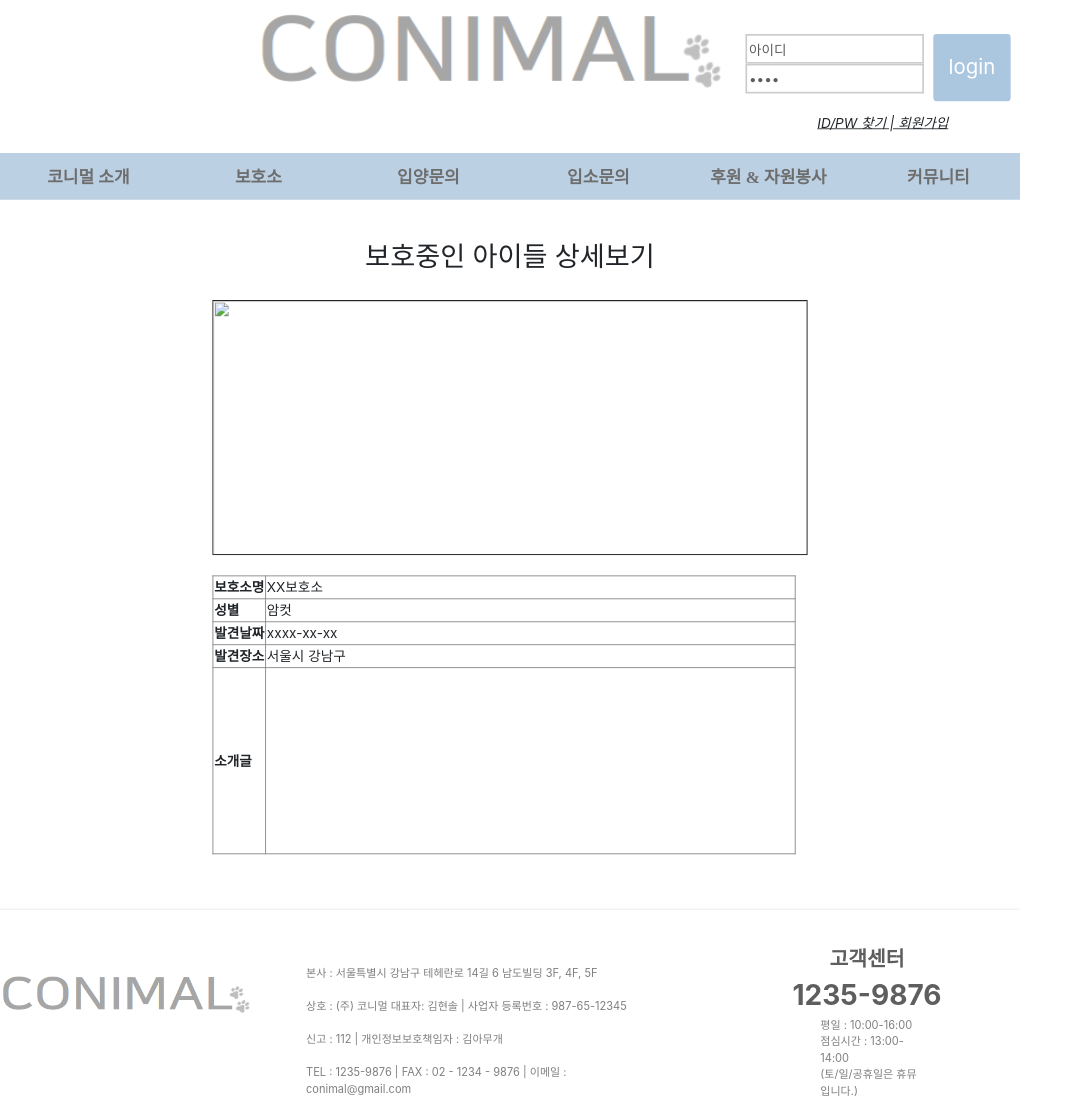
Repository: rlagusthf12/SemiProject
Page: http://localhost/conimal/views/animal/animalDetailView.jsp
An editor plug-in stored every save of this project. The page is shown before and after the next save, followed by the edit.
The browser window is 1280 px wide. The pictures show the whole page, at 85% of full size.
The page is served by Tomcat 9. Nobody is signed in. The application's start-up code is not run.

Above is the page before, as saved 2021-05-28 15:11:32.

After the next save:
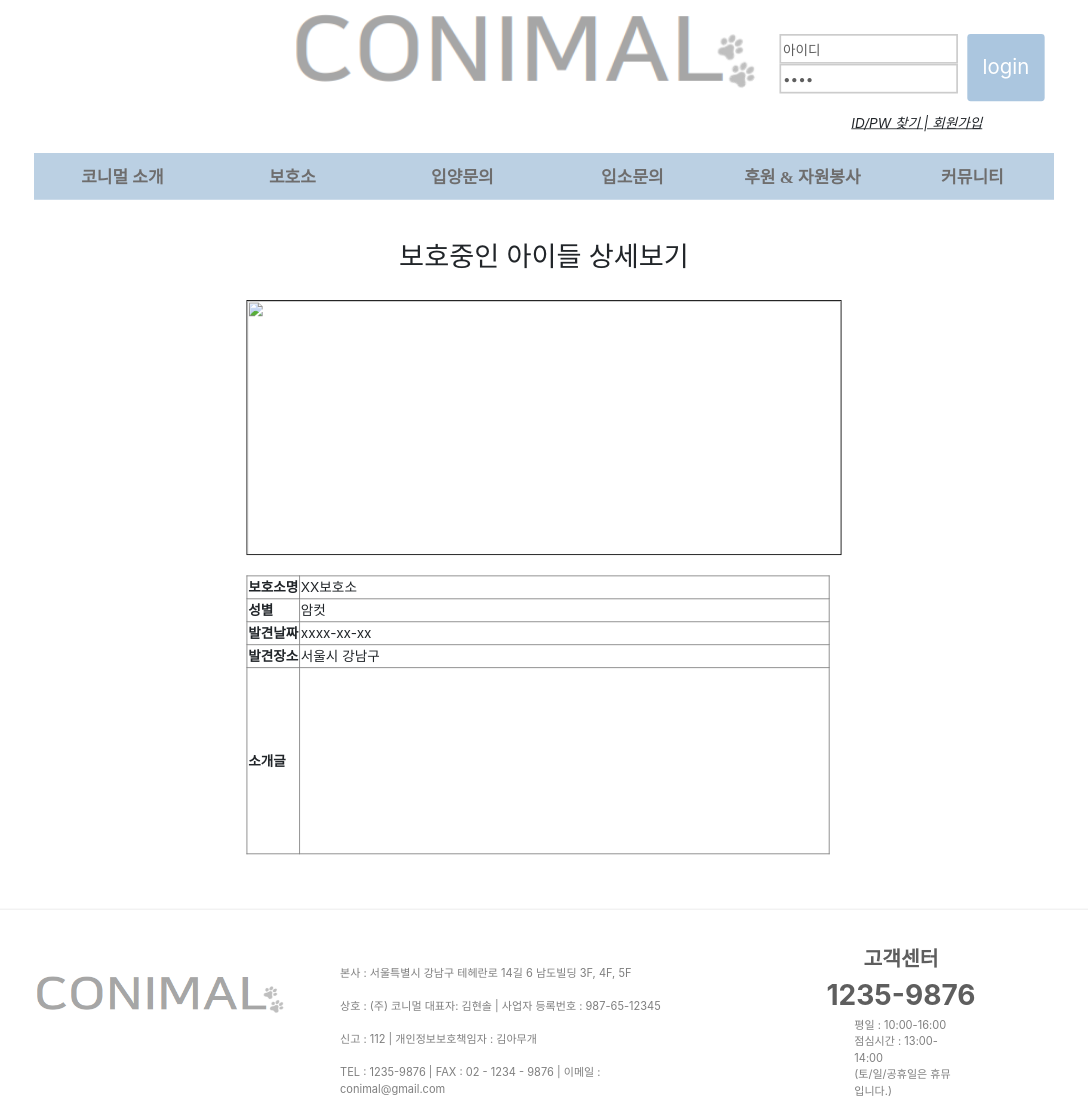
Saved 103 s later.
--- a/conimal/WebContent/views/animal/animalDetailView.jsp
+++ b/conimal/WebContent/views/animal/animalDetailView.jsp
@@ -6,7 +6,7 @@
 <meta charset="UTF-8">
 <title>Insert title here</title>
 <style>
-	body{
+	.content{
 		width: 1200px;
 		margin: auto;
 	}
@@ -24,42 +24,46 @@
 
 	<%@ include file="../common/menubar.jsp" %>
 
-	<br><br>
+	<div class="content">
 
-	<h2 align="center">보호중인 아이들 상세보기</h2>
+		<br><br>
 
-	<br>
+		<h2 align="center">보호중인 아이들 상세보기</h2>
 
-	<div class="pic-area" align="center">
-		<img src="" alt="">
+		<br>
+
+		<div class="pic-area" align="center">
+			<img src="" alt="">
+		</div>
+
+		<br>
+
+		<table border>
+			<tr>
+				<th>보호소명</th>
+				<td>XX보호소</td>
+			</tr>
+			<tr>
+				<th>성별</th>
+				<td>암컷</td>
+			</tr>
+			<tr>
+				<th>발견날짜</th>
+				<td>xxxx-xx-xx</td>
+			</tr>
+	        <tr>
+				<th>발견장소</th>
+				<td>서울시 강남구</td>
+			</tr>
+			<tr>
+				<th>소개글</th>
+				<td><p style="width:620px; height:200px;"></p></td>
+			</tr>
+		</table>
+
+		<br><br>
+
 	</div>
-
-	<br>
-
-	<table border>
-		<tr>
-			<th>보호소명</th>
-			<td>XX보호소</td>
-		</tr>
-		<tr>
-			<th>성별</th>
-			<td>암컷</td>
-		</tr>
-		<tr>
-			<th>발견날짜</th>
-			<td>xxxx-xx-xx</td>
-		</tr>
-        <tr>
-			<th>발견장소</th>
-			<td>서울시 강남구</td>
-		</tr>
-		<tr>
-			<th>소개글</th>
-			<td><p style="width:620px; height:200px;"></p></td>
-		</tr>
-	</table>
-
-	<br><br>
 
 	<%@ include file="../common/footerbar.jsp" %>
 
